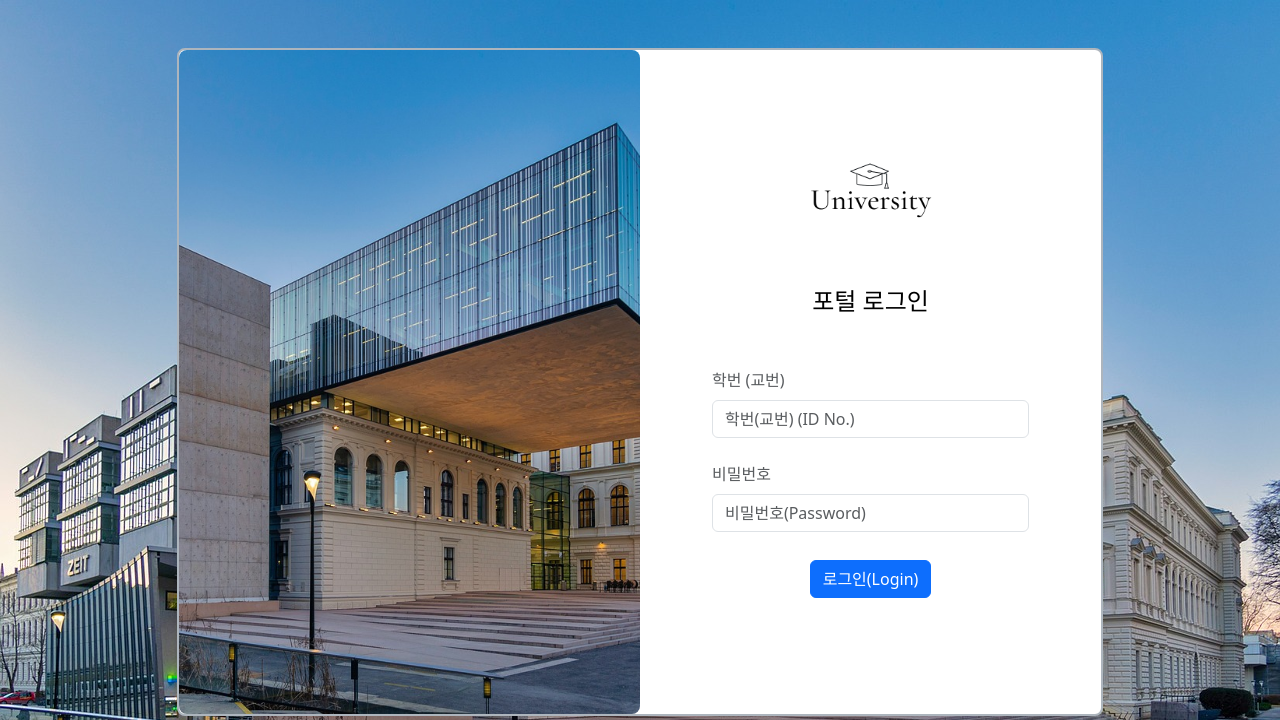
Repository: invisibleufo101/StudentManagementWeb
Page: HSW_Web/src/main/webapp/login.html
The author's editor kept a copy of each file at every save. The page is drawn from the files as they stood at one save, then again after the next save.
The browser window is 1280 px wide. The pictures show the whole page.

Above is the page before, as saved 2024-09-19 01:27:02.

After the next save:
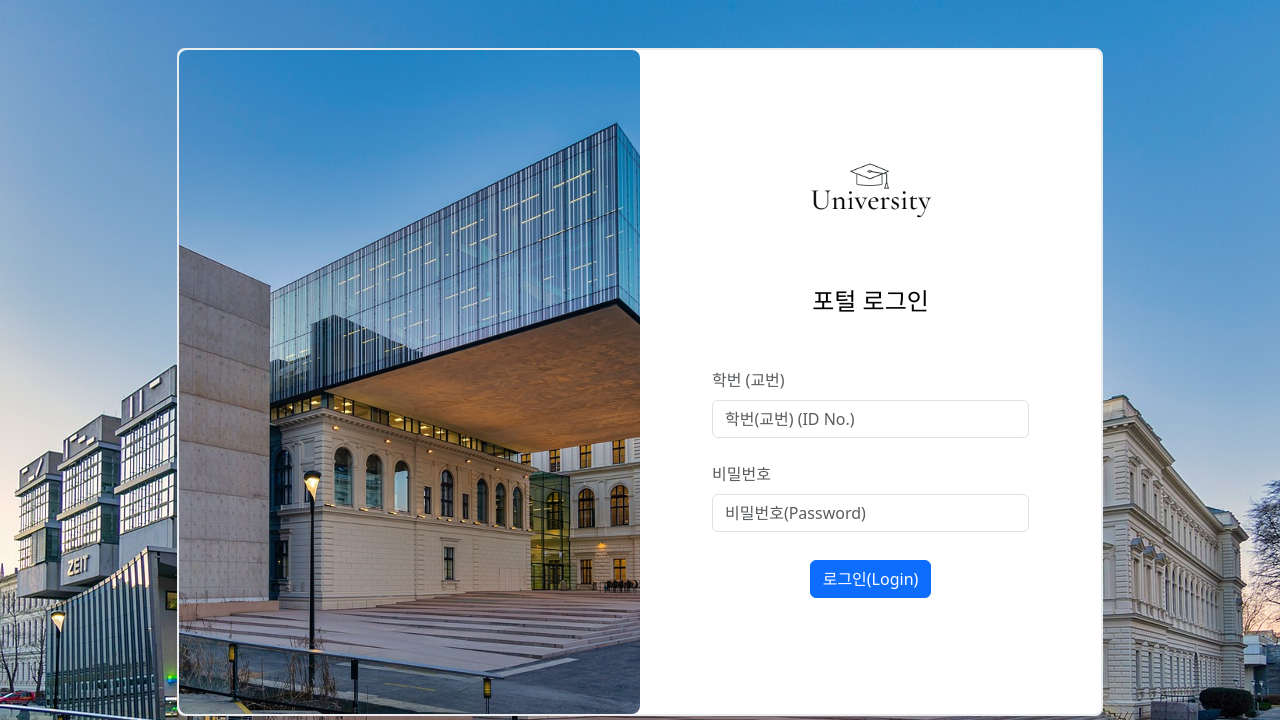
Saved 48 s later.
--- a/HSW_Web/src/main/webapp/login.html
+++ b/HSW_Web/src/main/webapp/login.html
@@ -13,7 +13,7 @@
 			<div
 				class="row d-flex justify-content-center align-items-center h-100">
 				<div class="col-xl-10">
-					<div class="card rounded-3 text-black border border-2 border-dark-subtle">
+					<div class="card rounded-3 text-black border border-2 border-light-subtle">
 						<div class="row g-0">
 							<div class="col-lg-6">
 								<img class="rounded-3" src="images/university_login.jpg" alt="Univeristy Campus" style="height: 100%; width: 100%; object-fit: cover;"/>
